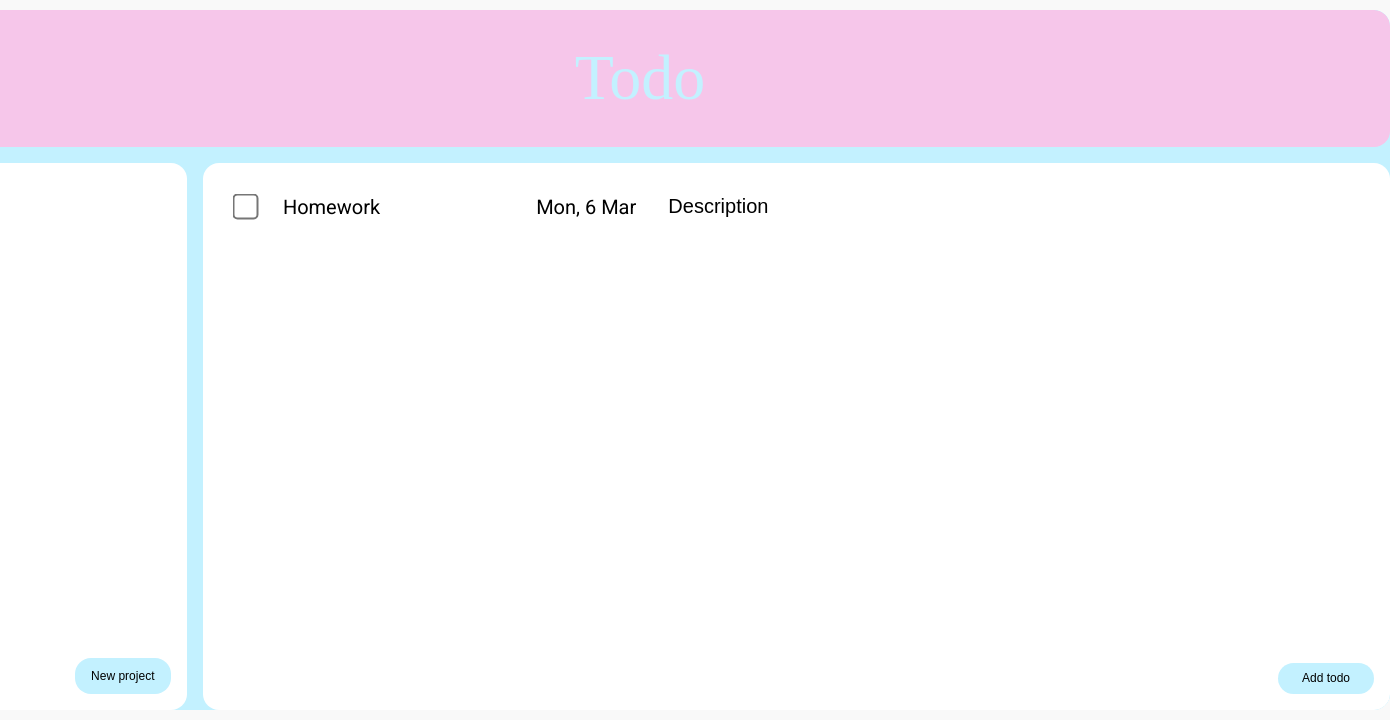
Repository: yeetzpxoci/todo-list
Page: dist/index.html
An editor plug-in stored every save of this project. The page is shown before and after the next save, followed by the edit.
The browser window is 1280 px wide. The page is 1390 px wide, so the pictures cover 1390 px, including what lies to the right of the window. The pictures show the whole page.
Some web fonts or font styles are not loaded; a fallback is used.

Above is the page before, as saved 2023-03-07 20:39:59.
Console error: ReferenceError: projectNameSubmit is not defined

After the next save:
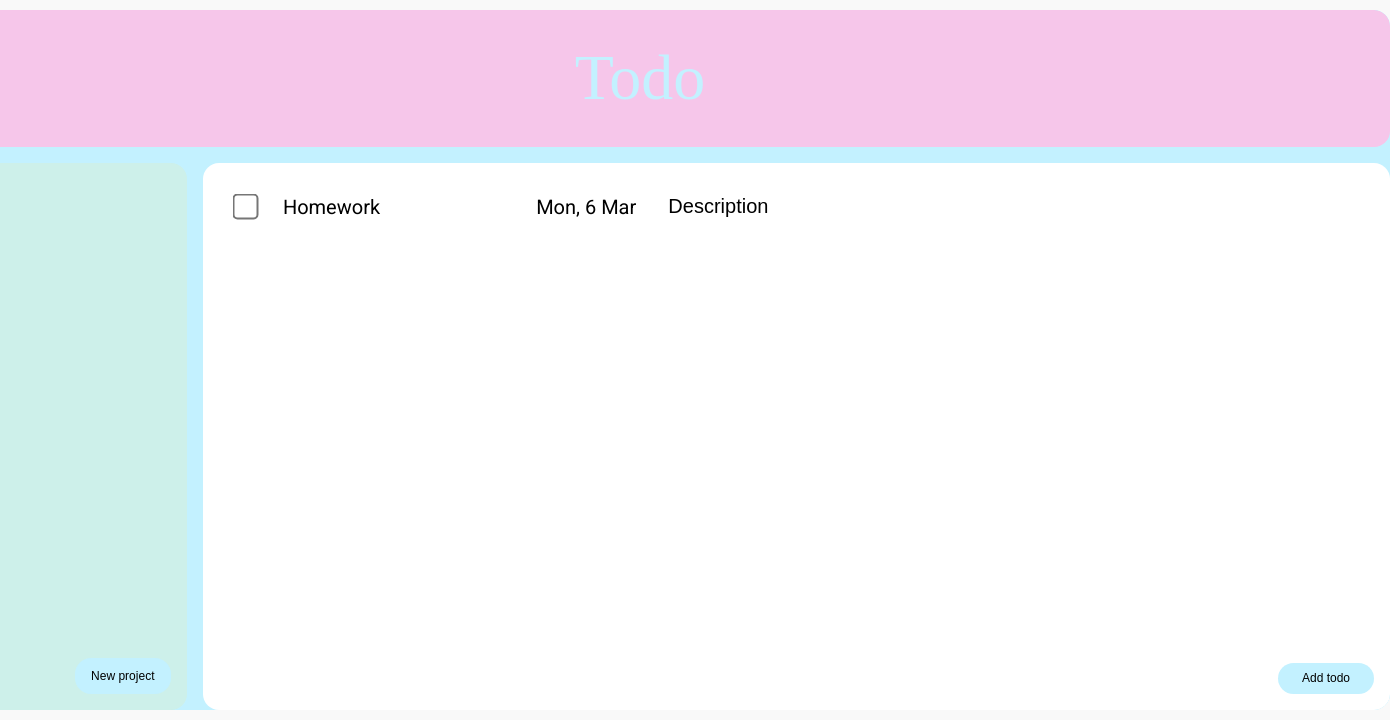
Saved 7 s later.
--- a/dist/styles.css
+++ b/dist/styles.css
@@ -53,7 +53,7 @@ p {
 #sidebar {
     display: flex;
     flex-direction: column;
-    background-color: white;
+    background-color: #CDF0EA;
     grid-column: 1 / 2;
     grid-row: 2 / 3;
     z-index: -1;
